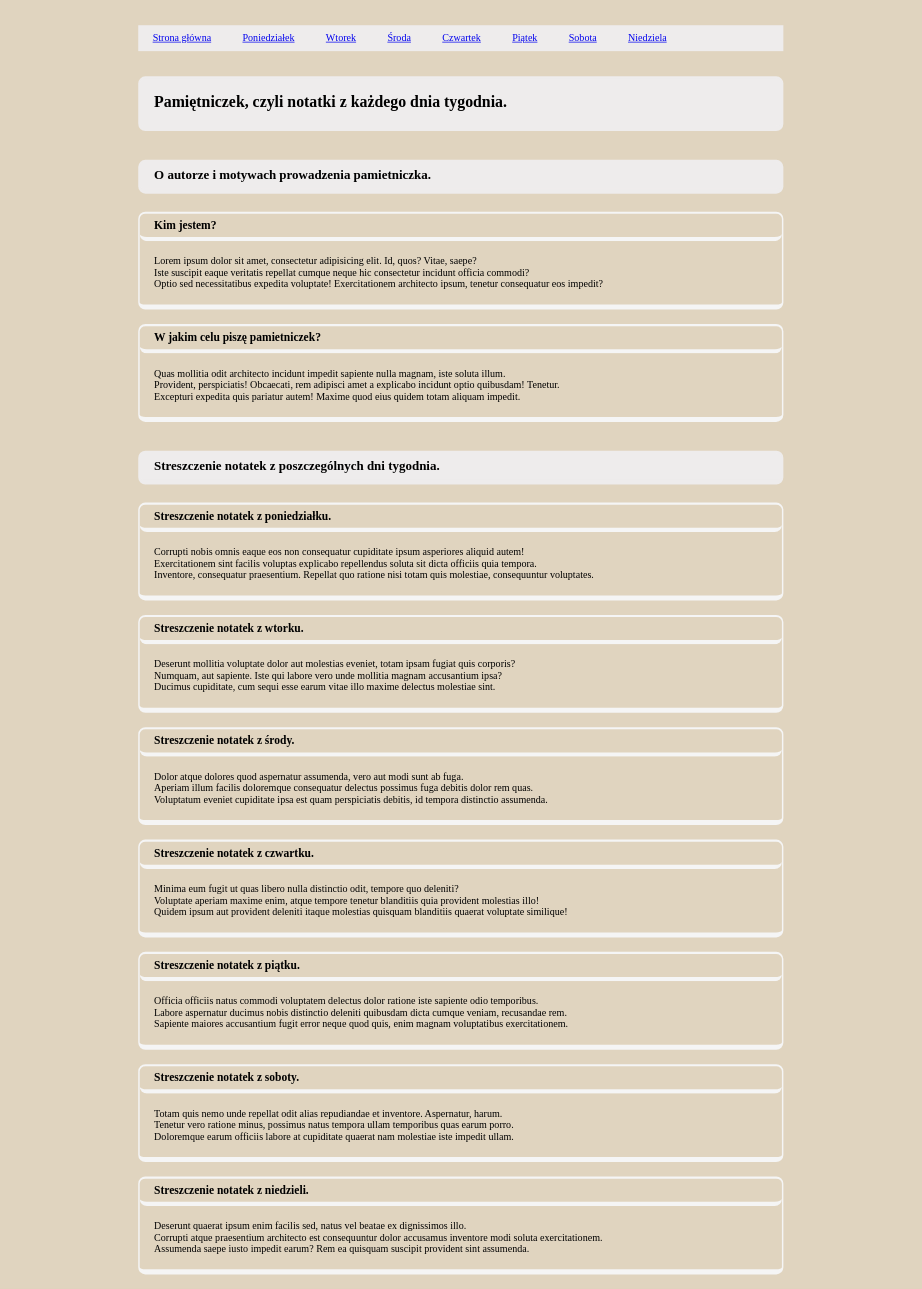
Repository: ArturNatwora/hompage
Page: index.html
The author's editor kept a copy of each file at every save. The page is drawn from the files as they stood at one save, then again after the next save.
The browser window is 1280 px wide. The pictures show the whole page, at 72% of full size.

Above is the page before, as saved 2019-06-11 20:10:42.

### index.html
<!DOCTYPE html>
<html lang="pl">

<head>
    <meta charset="UTF-8">
    <meta name="viewport" content="width=device-width, initial-scale=1.0">
    <meta http-equiv="X-UA-Compatible" content="ie=edge">
    <link rel="stylesheet" href="index.css">
    <title>Strona domowa w ramach kursu WTf CO TEN FRONTEND.</title>
</head>

<body>
    <header class="bodyHeader">
        <nav class="bodyHeader__nav">
            <ul class="bodyHeader__navListLink" >
                <li class="bodyHeader__navItemLink"><a class="bodyHeader__navLink" href="index.html">Strona główna</a></li>
                <li class="bodyHeader__navItemLink"><a class="bodyHeader__navLink" href="./days/1.html">Poniedziałek</a></li>
                <li class="bodyHeader__navItemLink"><a class="bodyHeader__navLink" href="./days/2.html">Wtorek</a></li>
                <li class="bodyHeader__navItemLink"><a class="bodyHeader__navLink" href="./days/3.html">Środa</a></li>
                <li class="bodyHeader__navItemLink"><a class="bodyHeader__navLink" href="./days/4.html">Czwartek</a></li>
                <li class="bodyHeader__navItemLink"><a class="bodyHeader__navLink" href="./days/5.html">Piątek</a></li>
                <li class="bodyHeader__navItemLink"><a class="bodyHeader__navLink" href="./days/6.html">Sobota</a></li>
                <li class="bodyHeader__navItemLink"><a class="bodyHeader__navLink" href="./days/7.html">Niedziela</a></li>
            </ul>
        </nav>
        <h1 class="bodyHeader__title">Pamiętniczek, czyli notatki z każdego dnia tygodnia.</h1>
    </header>
    <main class="main">
        <section class="section">
            <h2 class="section__title">O autorze i motywach prowadzenia pamietniczka.</h2>
            <article class="article">
                <h3 class="article__title">Kim jestem?</h3>
                <p>Lorem ipsum dolor sit amet, consectetur adipisicing elit. Id, quos? Vitae, saepe?</p>
                <p>Iste suscipit eaque veritatis repellat cumque neque hic consectetur incidunt officia commodi?</p>
                <p>Optio sed necessitatibus expedita voluptate! Exercitationem architecto ipsum, tenetur consequatur eos
                    impedit?</p>
            </article>
            <article class="article">

                <h3 class="article__title">W jakim celu piszę pamietniczek?</h3>
                <p>Quas mollitia odit architecto incidunt impedit sapiente nulla magnam, iste soluta illum.</p>
                <p>Provident, perspiciatis! Obcaecati, rem adipisci amet a explicabo incidunt optio quibusdam! Tenetur.
                </p>
                <p>Excepturi expedita quis pariatur autem! Maxime quod eius quidem totam aliquam impedit.</p>
            </article>

        </section>

        <section class="section">
                <h2 class="section__title">Streszczenie notatek z poszczególnych dni tygodnia.</h2>
                <article class="article">
                    <h3 class="article__title">Streszczenie notatek z poniedziałku.</h3>
                    <p>Corrupti nobis omnis eaque eos non consequatur cupiditate ipsum asperiores aliquid autem!</p>
                    <p>Exercitationem sint facilis voluptas explicabo repellendus soluta sit dicta officiis quia
                        tempora.</p>
                    <p>Inventore, consequatur praesentium. Repellat quo ratione nisi totam quis molestiae, consequuntur
                        voluptates.</p>
                </article>
                <article class="article">
                    <h3 class="article__title">Streszczenie notatek z wtorku.</h3>
                    <p>Deserunt mollitia voluptate dolor aut molestias eveniet, totam ipsam fugiat quis corporis?</p>
                    <p>Numquam, aut sapiente. Iste qui labore vero unde mollitia magnam accusantium ipsa?</p>
                    <p>Ducimus cupiditate, cum sequi esse earum vitae illo maxime delectus molestiae sint.</p>
                </article>
                <article class="article">
                    <h3 class="article__title">Streszczenie notatek z środy.</h3>
                    <p>Dolor atque dolores quod aspernatur assumenda, vero aut modi sunt ab fuga.</p>
                    <p>Aperiam illum facilis doloremque consequatur delectus possimus fuga debitis dolor rem quas.</p>
                    <p>Voluptatum eveniet cupiditate ipsa est quam perspiciatis debitis, id tempora distinctio
                        assumenda.</p>
                </article>
                <article class="article">
                    <h3 class="article__title">Streszczenie notatek z czwartku.</h3>
                    <p>Minima eum fugit ut quas libero nulla distinctio odit, tempore quo deleniti?</p>
                    <p>Voluptate aperiam maxime enim, atque tempore tenetur blanditiis quia provident molestias illo!
                    </p>
                    <p>Quidem ipsum aut provident deleniti itaque molestias quisquam blanditiis quaerat voluptate
                        similique!</p>
                </article>
                <article class="article">
                    <h3 class="article__title">Streszczenie notatek z piątku.</h3>
                    <p>Officia officiis natus commodi voluptatem delectus dolor ratione iste sapiente odio temporibus.
                    </p>
                    <p>Labore aspernatur ducimus nobis distinctio deleniti quibusdam dicta cumque veniam, recusandae
                        rem.</p>
                    <p>Sapiente maiores accusantium fugit error neque quod quis, enim magnam voluptatibus
                        exercitationem.</p>
                </article>
                <article class="article">
                    <h3 class="article__title">Streszczenie notatek z soboty.</h3>
                    <p>Totam quis nemo unde repellat odit alias repudiandae et inventore. Aspernatur, harum.</p>
                    <p>Tenetur vero ratione minus, possimus natus tempora ullam temporibus quas earum porro.</p>
                    <p>Doloremque earum officiis labore at cupiditate quaerat nam molestiae iste impedit ullam.</p>
                </article>
                <article class="article">
                    <h3 class="article__title">Streszczenie notatek z niedzieli.</h3>
                    <p>Deserunt quaerat ipsum enim facilis sed, natus vel beatae ex dignissimos illo.</p>
                    <p>Corrupti atque praesentium architecto est consequuntur dolor accusamus inventore modi soluta
                        exercitationem.</p>
                    <p>Assumenda saepe iusto impedit earum? Rem ea quisquam suscipit provident sint assumenda.</p>
                </article>
            </section>


    </main>
    <script src="index.js"></script>
</body>

</html>

### index.css

*{
    margin: 0;
    padding: 0;
    box-sizing: border-box;
    font-size: 14px;
}


body{
    width: 70%;
    margin:  auto;
    background: rgb(224, 212, 191);

}

.bodyHeader {
    width: 100%;

    display: block;
    position: relative;


}
.bodyHeader__nav{
    background: rgb(238, 236, 236);
    width: 100%;
    height: auto;
    margin: 35px 0;

    display: block;
}
.bodyHeader__navListLink {
    width: 100%;
    list-style: none;
    display: block;
}
.bodyHeader__navItemLink{
    display: inline-block;
    margin: 10px 20px;
}

.bodyHeader__title{
    font-size: 22px;
    display: block;
    margin:16px 0;
    padding: 20px;
    background: rgb(238, 236, 236);

    border-width: 3px 2px 7px 2px ;
    border-style: solid;
    border-color: rgb(238, 236, 236);
    border-radius: 10px;
}
.section{
    width: 100%;
    margin:40px 0 0 0 ;




}
.section__title{
    width: 100%;
    font-size: 18px;
    display: block;
    margin:25px 0;
    padding: 8px 20px;
    background: rgb(238, 236, 236);

    border-width: 3px 2px 7px 2px ;
    border-style: solid;
    border-color: rgb(238, 236, 236);
    border-radius: 10px;
}
.article{

    display: block;
    margin:0 0 20px 0;
    padding:0 0 20px 0px;
    border-width: 3px 2px 7px 2px ;
    border-style: solid;
    border-color: whitesmoke;
    border-radius: 10px;

}
.article__title{
    font-size: 16px;
    display: block;
    margin:0 0 20px 0 ;
    padding: 7px 20px;

    border-width: 0 0 6px 0 ;
    border-style: solid;
    border-color: whitesmoke;
    border-radius: 10px;

}
p{
    text-align: justify;
    padding: 0 20px;
}

Loaded but not shown: index.js (no copy from this time; the picture is the same without it)

After the next save:
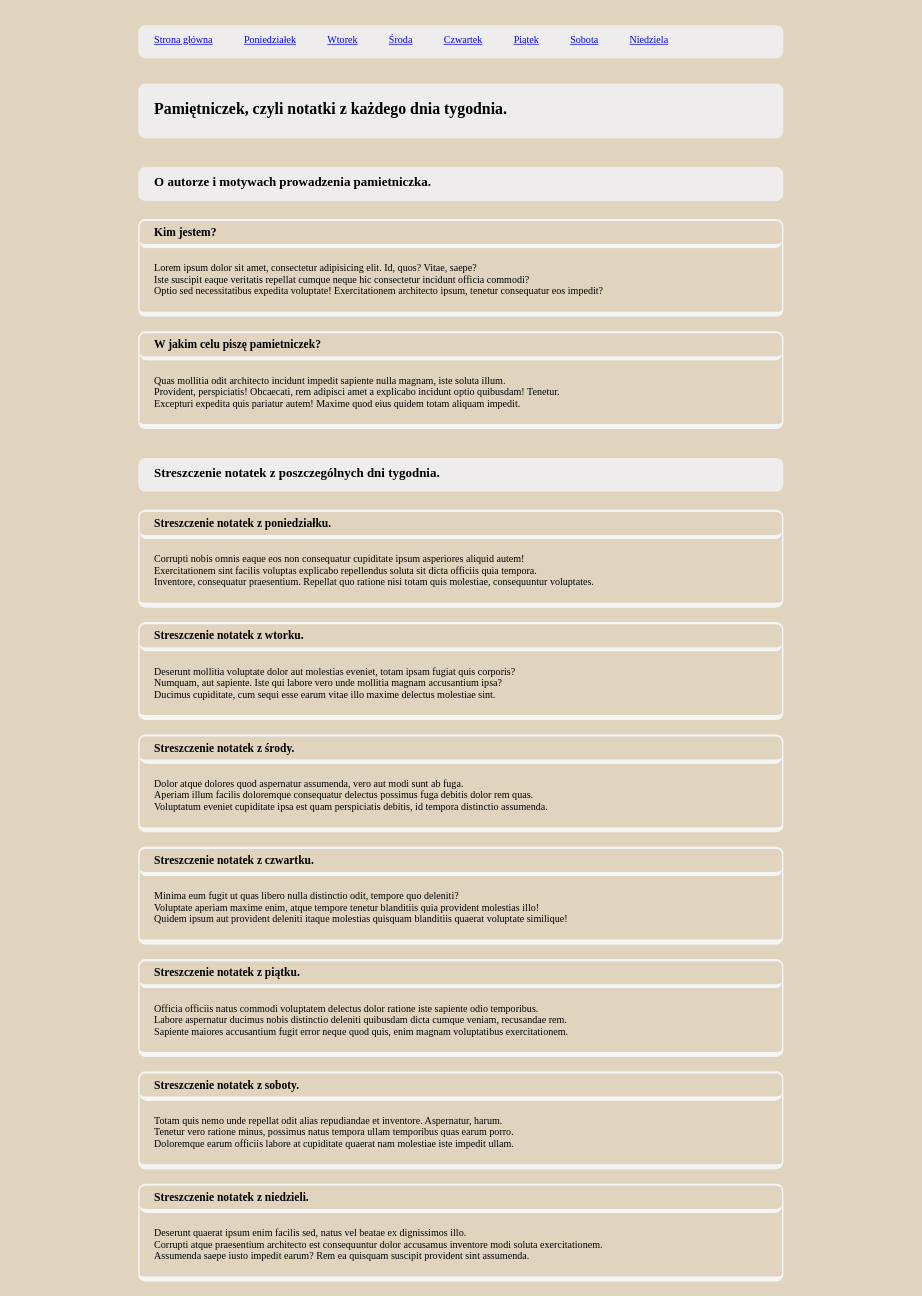
Saved 62 s later.
--- a/index.css
+++ b/index.css
@@ -29,6 +29,11 @@ body{
     margin: 35px 0;
 
     display: block;
+
+    border-width: 3px 2px 7px 2px ;
+    border-style: solid;
+    border-color: rgb(238, 236, 236);
+    border-radius: 10px;
 }
 .bodyHeader__navListLink {
     width: 100%;
